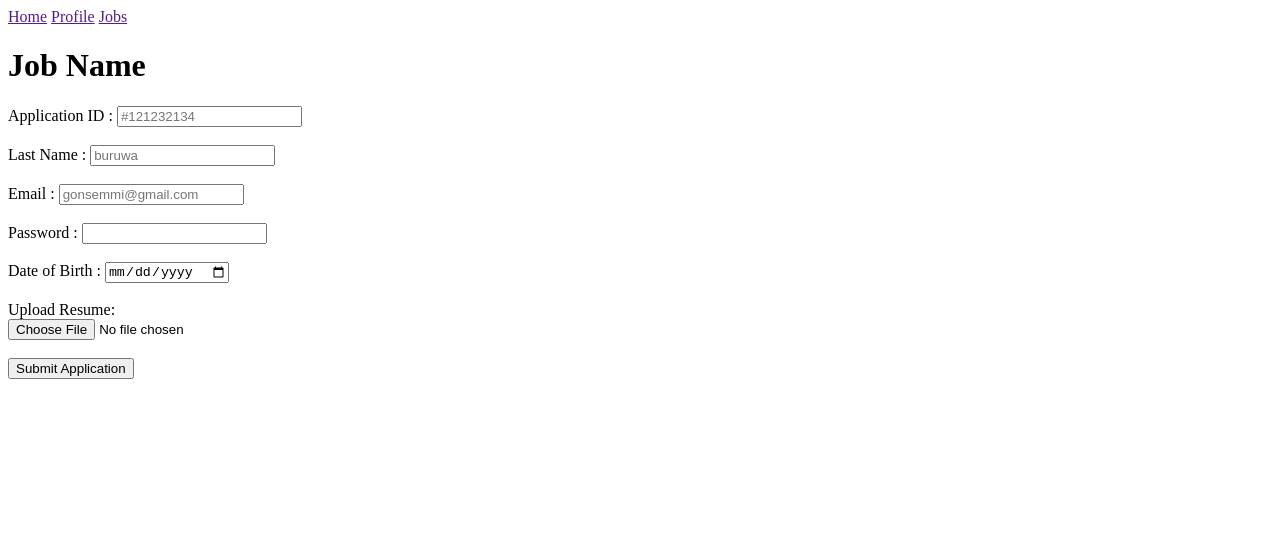
Repository: IT21221064/JobPortal
Page: http://localhost/JobApp/addProfile.jsp
The author's editor kept a copy of each file at every save. The page is drawn from the files as they stood at one save, then again after the next save.
The browser window is 1280 px wide. The pictures show the whole page.
The page is served by Tomcat 9.

Above is the page before, as saved 2023-07-15 17:03:40.

### Project/JobApp/src/main/webapp/addProfile.jsp
<%@ page language="java" contentType="text/html; charset=ISO-8859-1"
    pageEncoding="ISO-8859-1"%>
<!DOCTYPE html>
<html>
<head>
<meta charset="ISO-8859-1">
<title>Insert title here</title>
</head>
<body>
<%@include file="nav.html" %>
<form method="post" action="#">
<h1>Job Name</h1>
<label for="aID">Application ID : </label>
<input type="text" name="aID" id="aID" placeholder="#121232134"><br><br>

<label for="lname">Last Name : </label>
<input type="text" name="lname" id="lname" placeholder="buruwa"><br><br>

<label for="email">Email : </label>
<input type="email" name="email" id="email" placeholder="gonsemmi@gmail.com"><br><br>

<label for ="pw">Password : </label>
<input type="password" name="pw" id="pw"><br><br>

<label for ="dob">Date of Birth : </label>
<input type="date" name="dob" id="dob"><br><br>

<label for="cv">Upload Resume: </label><br>


<input type="file" name="cv" id="cv"><br><br>

<input type="submit" value="Submit Application"><br><br>

</form>

</body>
</html>

### Project/JobApp/src/main/webapp/nav.html
<nav>
	<a href="">Home</a>
	<a href="">Profile</a>
	<a href="">Jobs</a>
</nav>

After the next save:
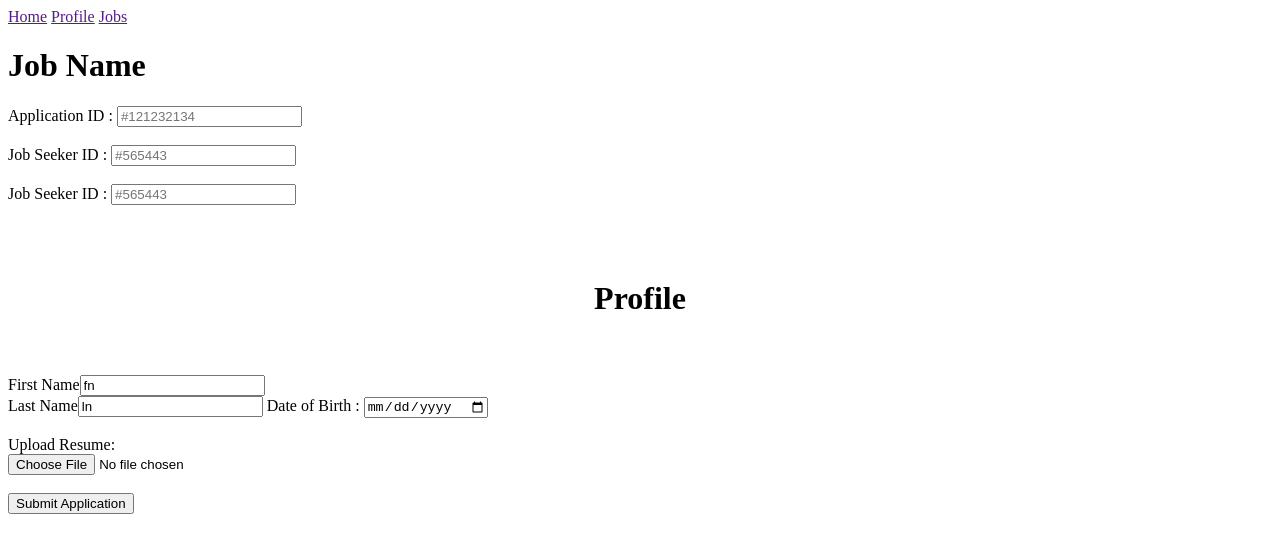
Saved 22 min 37 s later.
--- a/Project/JobApp/src/main/webapp/addProfile.jsp
+++ b/Project/JobApp/src/main/webapp/addProfile.jsp
@@ -13,20 +13,42 @@
 <label for="aID">Application ID : </label>
 <input type="text" name="aID" id="aID" placeholder="#121232134"><br><br>
 
-<label for="lname">Last Name : </label>
-<input type="text" name="lname" id="lname" placeholder="buruwa"><br><br>
+<label for="jID">Job Seeker ID : </label>
+<input type="text" name="jID" id="jID" placeholder="#565443"><br><br>
 
-<label for="email">Email : </label>
-<input type="email" name="email" id="email" placeholder="gonsemmi@gmail.com"><br><br>
+<label for="fname">Job Seeker ID : </label>
+<input type="text" name="jID" id="jID" placeholder="#565443"><br><br>
 
-<label for ="pw">Password : </label>
-<input type="password" name="pw" id="pw"><br><br>
+<div class="row">
+<div class="col"></div>
+<div class="col"><div class="row">
+</div></div></div>
+<br><br>
+ <div class="row">
+      <div class="col-md-3"></div>
+      <div class="col-md-6">
+        <div class="card">
+          <div class="card-body">
+            <h1 style="text-align: center">Profile</h1>
+            <br />
 
+              <div class="col-md-4"></div>
+            </div>
+                <br>
+            <form method="post" action="ProfileServlet">
+             <div class="row">
+              <div class="col-md-6 form-group">
+              <input value="id" type="hidden" name="user_id"/>
+                <label>First Name</label
+                ><input name="fname" value="fn " class="form-control" placeholder="First Name" />
+              </div>
+              <div class="col-md-6">
+                <label>Last Name</label
+                ><input name="lname"  value="ln" class="form-control" placeholder="Last Name" />
 <label for ="dob">Date of Birth : </label>
 <input type="date" name="dob" id="dob"><br><br>
 
 <label for="cv">Upload Resume: </label><br>
-
 
 <input type="file" name="cv" id="cv"><br><br>
 
